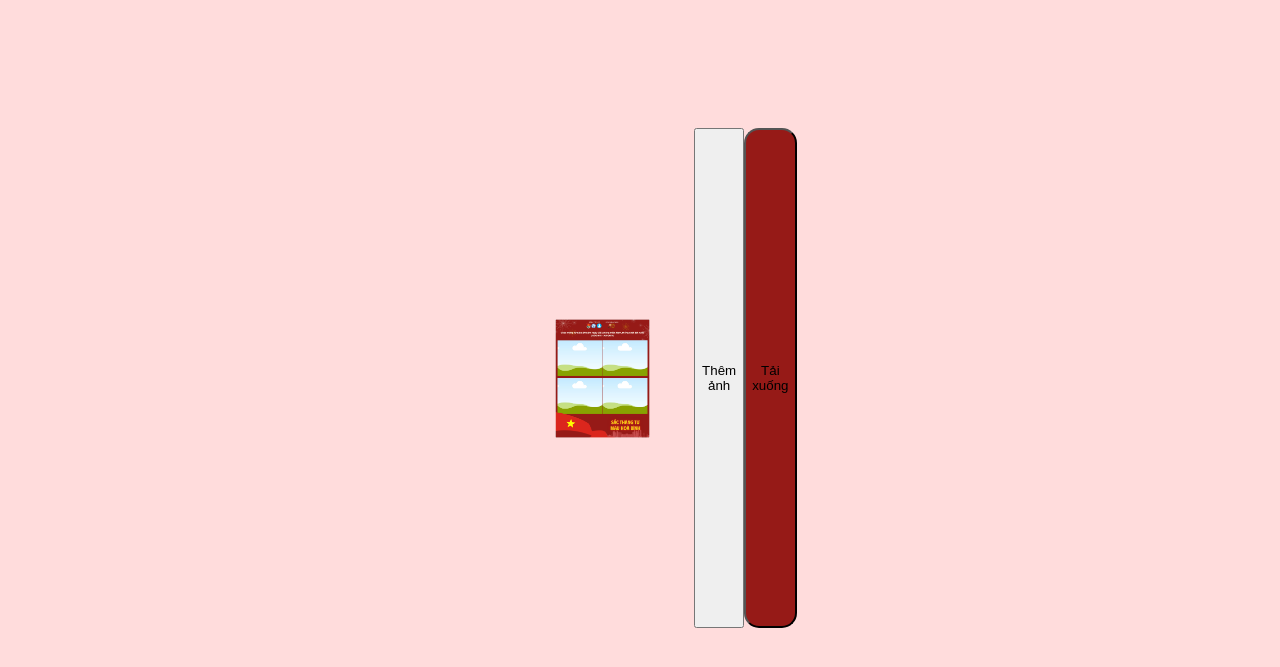
Repository: nguyentambinh/tuoitretdmu
Page: http://localhost/
An editor plug-in stored every save of this project. The page is shown before and after a run of saves, followed by the edit.
The browser window is 1280 px wide. The pictures show the whole page.
The page is run by PHP 8.4 with error messages shown; the project is at /var/www/html/.

Above is the page before, as saved 2025-04-10 12:47:20.

After the next 2 saves:
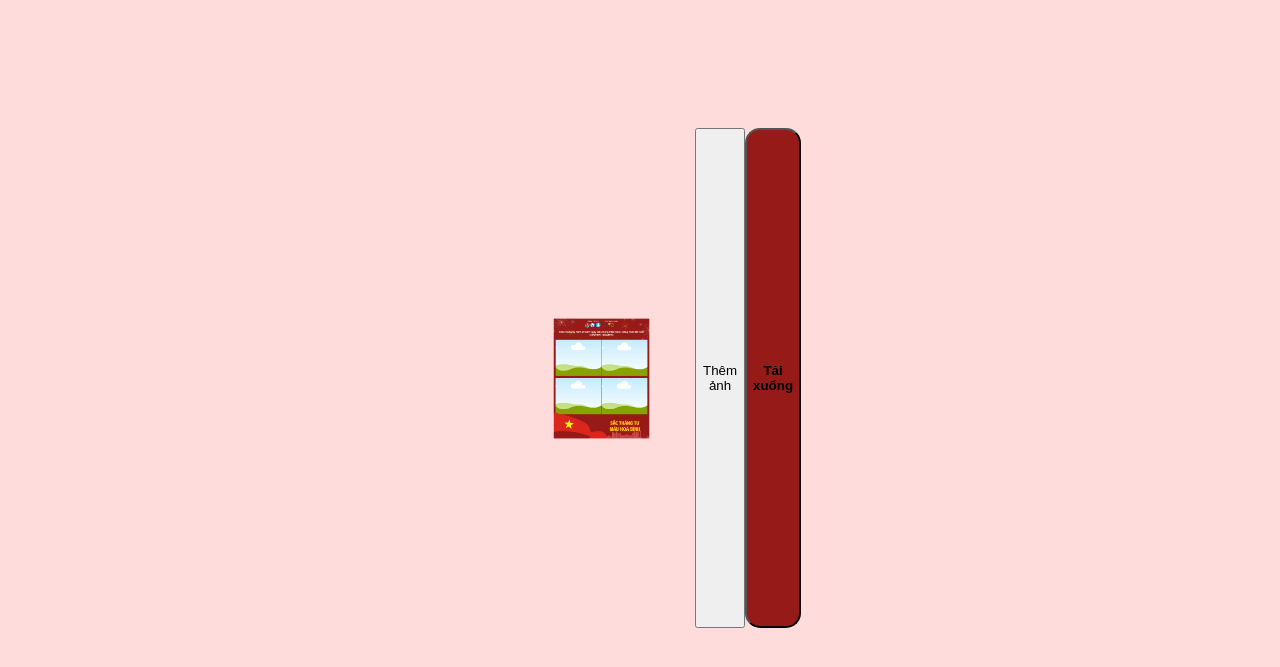
The 2 saves are shown as one change because they came seconds apart.
The last was saved 9 s later.
--- a/main.css
+++ b/main.css
@@ -31,5 +31,6 @@
 .btn-dowload-picture{
     background-color: #961A17;
     border-radius: 15px;
-    f
+    font-weight: bold;
+    font-family: ;
 }
